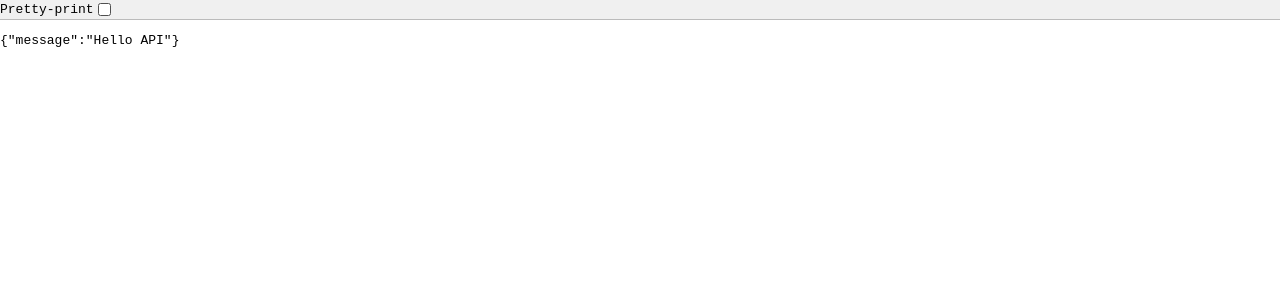
Repository: risunjae-spartacamp-python/flask-api
Page: http://localhost/
The author's editor kept a copy of each file at every save. The page is drawn from the files as they stood at one save, then again after a run of saves.
The browser window is 1280 px wide. The pictures show the whole page.
The page is served by the project's application, run on Flask 3 (app.py).

Above is the page before, as saved 2022-11-06 14:39:18.

After the next 12 saves:
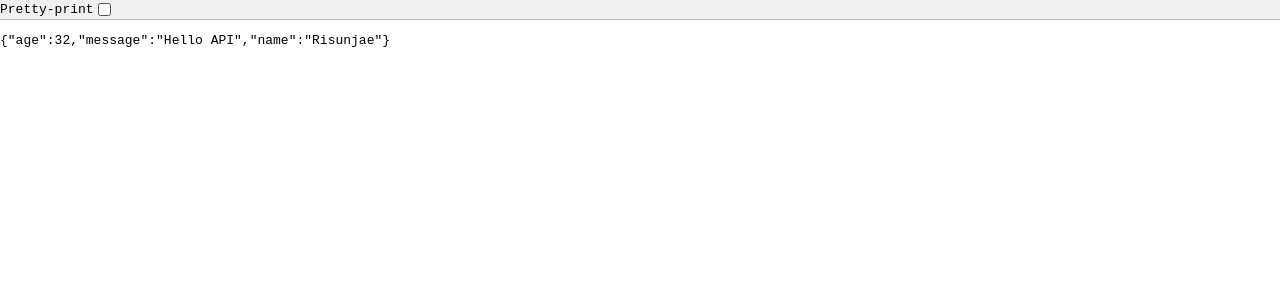
The 12 saves are shown as one change because 2 did not build or start and some came seconds apart.
The last was saved 35 s later.
--- a/app.py
+++ b/app.py
@@ -7,7 +7,8 @@ app = Flask(__name__)
 @app.route("/")
 def hello():
     data = {
-
+        "name": "Risunjae",
+        "age":32,
         "message": "Hello API"}
     return jsonify(data)
 
